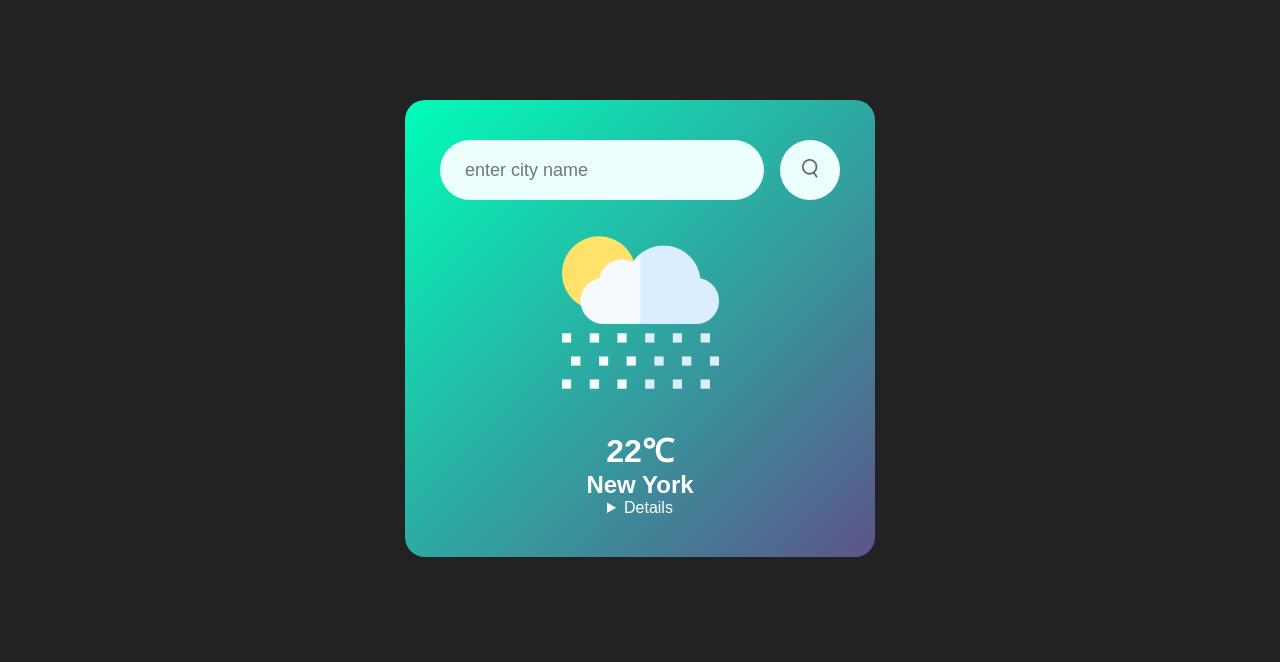
Repository: Alphosmart/weather
Page: index.html
An editor plug-in stored every save of this project. The page is shown before and after the next save, followed by the edit.
The browser window is 1280 px wide. The pictures show the whole page.

Above is the page before, as saved 2024-07-17 16:40:20.

After the next save:
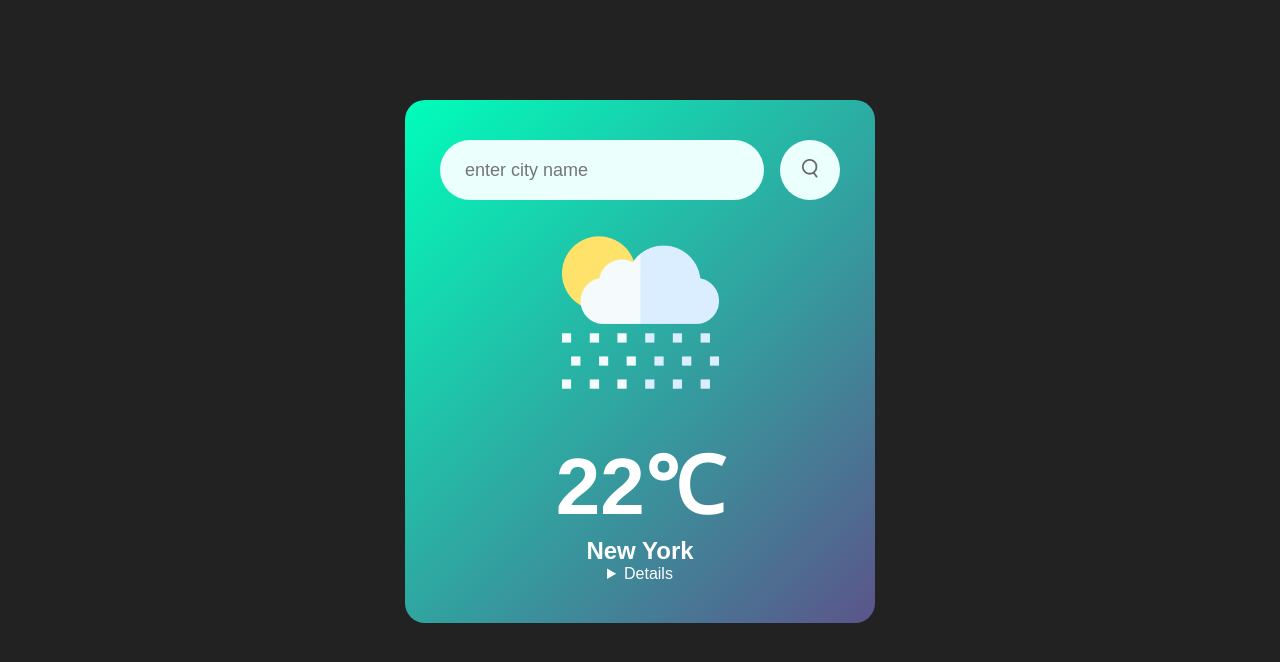
Saved 61 s later.
--- a/style.css
+++ b/style.css
@@ -60,4 +60,5 @@ body {
 }
 
 .weather h1 {
+  font-size: 80px;
 }
